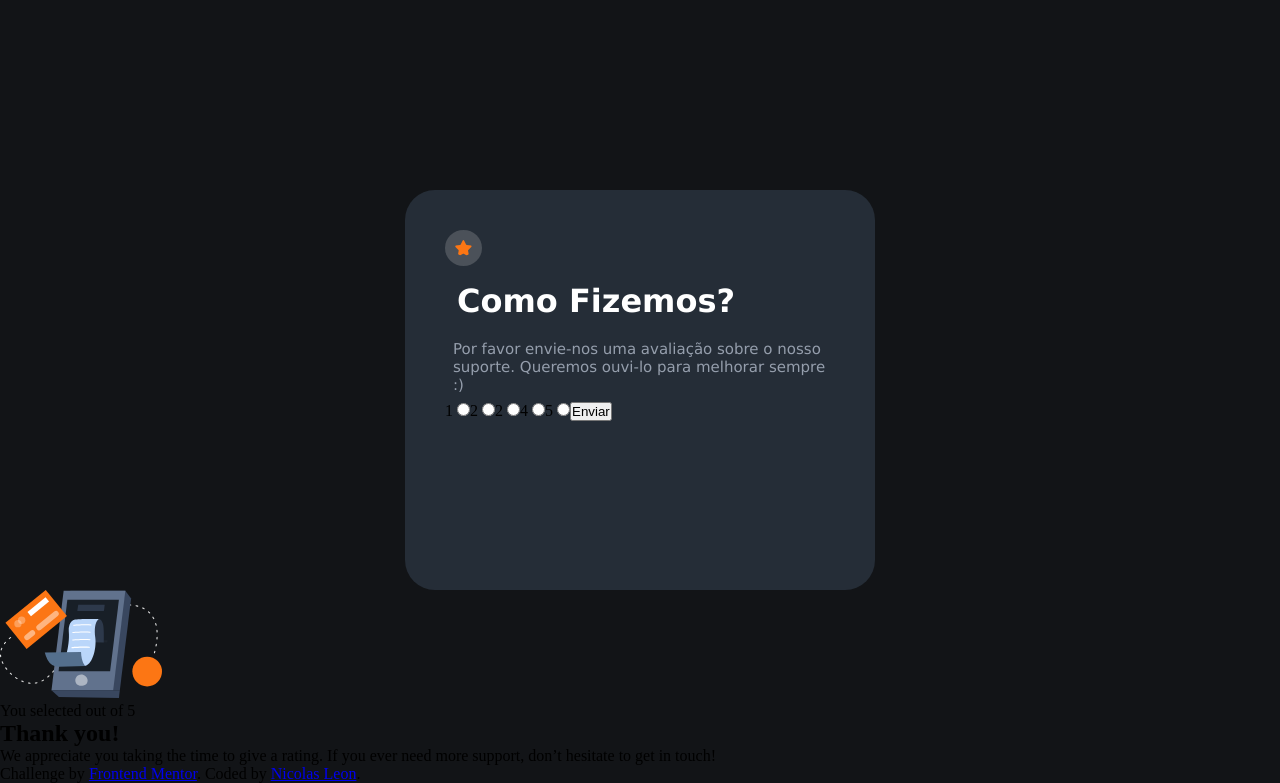
Repository: Leonngc/projeto-avaliacao
Page: index.html
The author's editor kept a copy of each file at every save. The page is drawn from the files as they stood at one save, then again after a run of saves.
The browser window is 1280 px wide. The pictures show the whole page.

Above is the page before, as saved 2023-01-29 20:10:12.
Console error: SyntaxError: Unexpected token ')'

After the next 2 saves:
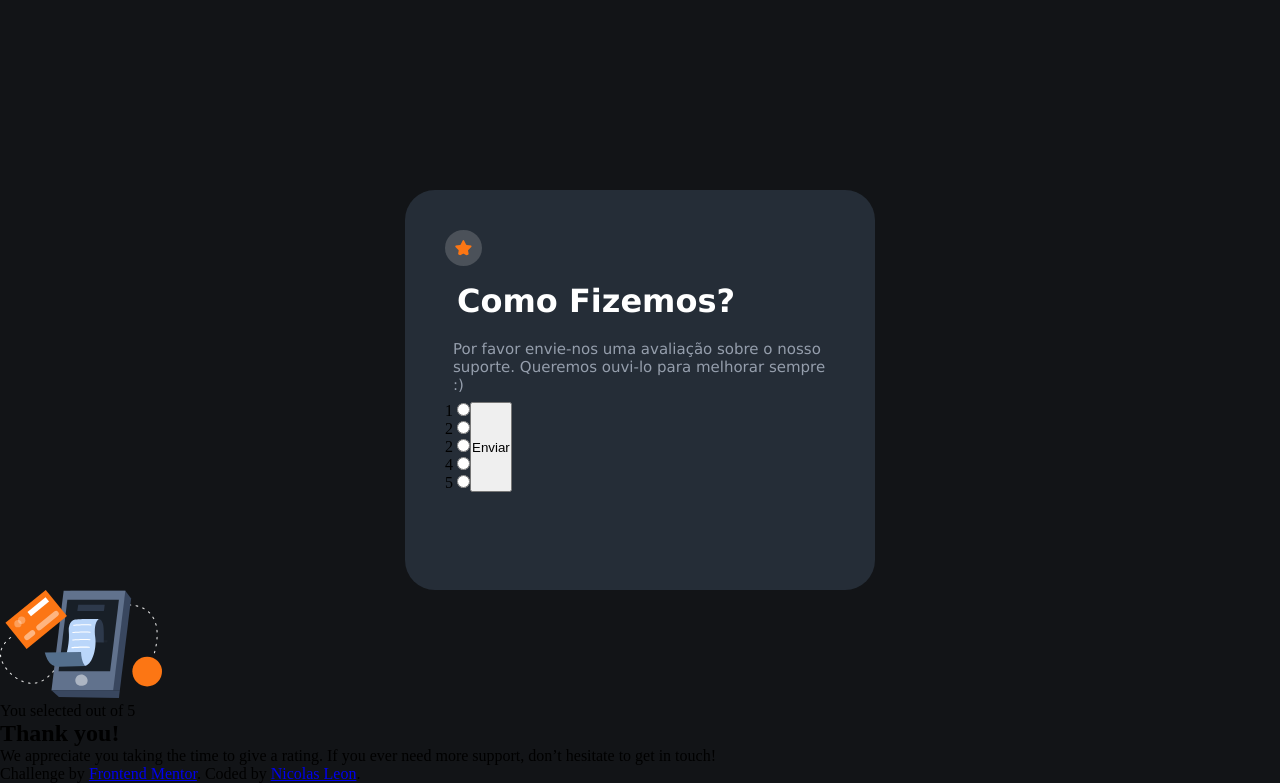
The 2 saves are shown as one change because they came seconds apart.
The last was saved 25 s later.
--- a/index.html
+++ b/index.html
@@ -25,19 +25,21 @@
     </div>
     <form id="ratting">
       <div>
-        <label for="ratting-one">1</label> <input type="radio" class="ratting-btn" id="ratting-one" name="ratting">
-      </div>
-      <div>
-        <label for="ratting-two">2</label> <input type="radio" class="ratting-btn" id="ratting-two" name="ratting">
-      </div>
-      <div>
-        <label for="ratting-three">2</label> <input type="radio" class="ratting-btn" id="ratting-three" name="ratting">
-      </div>
-      <div>
-        <label for="ratting-four">4</label> <input type="radio" class="ratting-btn" id="ratting-four" name="ratting">
-      </div>
-      <div>
-        <label for="ratting-five">5</label> <input type="radio" class="ratting-btn" id="ratting-five" name="ratting">
+        <div>
+          <label for="ratting-one">1</label> <input type="radio" class="ratting-btn" id="ratting-one" name="ratting">
+        </div>
+        <div>
+          <label for="ratting-two">2</label> <input type="radio" class="ratting-btn" id="ratting-two" name="ratting">
+        </div>
+        <div>
+          <label for="ratting-three">2</label> <input type="radio" class="ratting-btn" id="ratting-three" name="ratting">
+        </div>
+        <div>
+          <label for="ratting-four">4</label> <input type="radio" class="ratting-btn" id="ratting-four" name="ratting">
+        </div>
+        <div>
+          <label for="ratting-five">5</label> <input type="radio" class="ratting-btn" id="ratting-five" name="ratting">
+        </div>
       </div>
 
       <button type="submit" id="sent">Enviar</button>

After the 3 saves that followed:
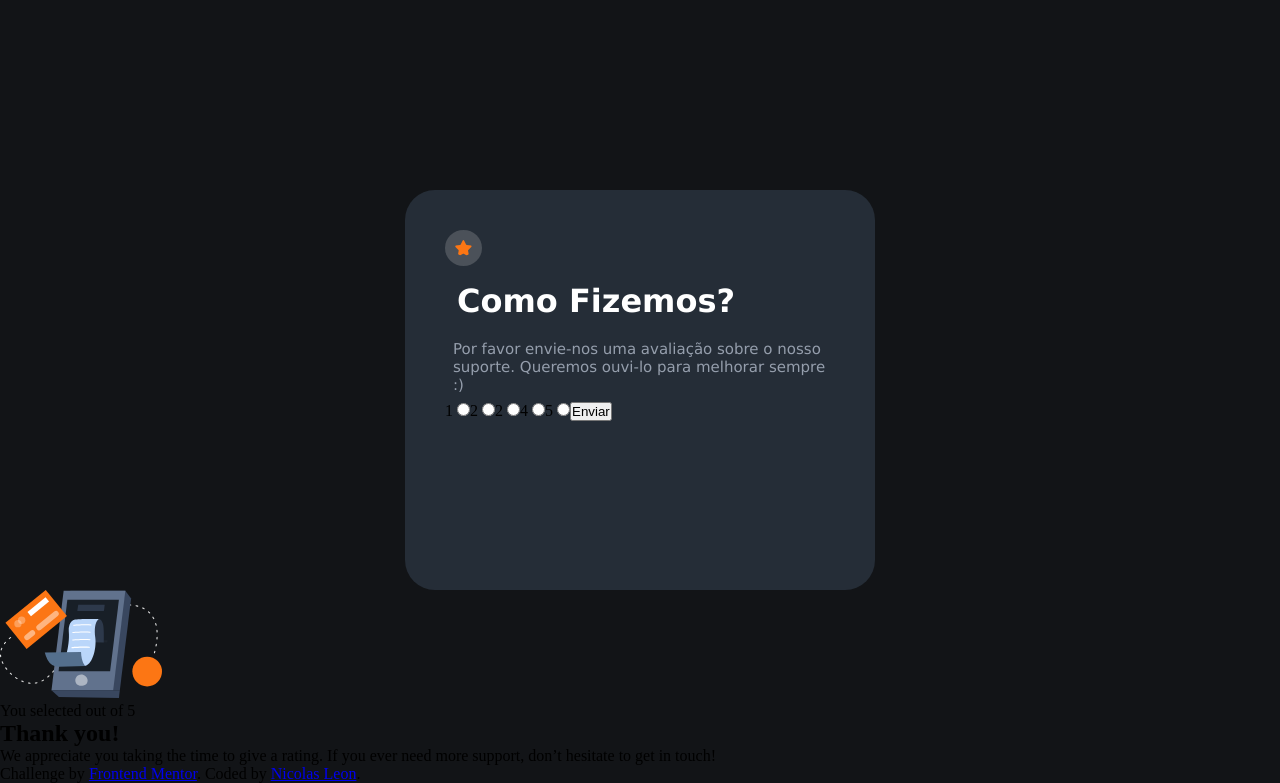
The 3 saves are shown as one change because 1 left the picture as it was and some came seconds apart.
The last was saved 79 s later.
--- a/index.html
+++ b/index.html
@@ -25,24 +25,22 @@
     </div>
     <form id="ratting">
       <div>
-        <div>
-          <label for="ratting-one">1</label> <input type="radio" class="ratting-btn" id="ratting-one" name="ratting">
-        </div>
-        <div>
-          <label for="ratting-two">2</label> <input type="radio" class="ratting-btn" id="ratting-two" name="ratting">
-        </div>
-        <div>
-          <label for="ratting-three">2</label> <input type="radio" class="ratting-btn" id="ratting-three" name="ratting">
-        </div>
-        <div>
-          <label for="ratting-four">4</label> <input type="radio" class="ratting-btn" id="ratting-four" name="ratting">
-        </div>
-        <div>
-          <label for="ratting-five">5</label> <input type="radio" class="ratting-btn" id="ratting-five" name="ratting">
-        </div>
+        <label for="ratting-one">1</label> <input type="radio" class="ratting-btn" id="ratting-one" name="ratting">
+      </div>
+      <div>
+        <label for="ratting-two">2</label> <input type="radio" class="ratting-btn" id="ratting-two" name="ratting">
+      </div>
+      <div>
+        <label for="ratting-three">2</label> <input type="radio" class="ratting-btn" id="ratting-three" name="ratting">
+      </div>
+      <div>
+        <label for="ratting-four">4</label> <input type="radio" class="ratting-btn" id="ratting-four" name="ratting">
+      </div>
+      <div>
+        <label for="ratting-five">5</label> <input type="radio" class="ratting-btn" id="ratting-five" name="ratting">
       </div>
 
-      <button type="submit" id="sent">Enviar</button>
+      <input type="submit" value="Enviar" onclick="sent()" id="">
   </div>
   </form>
 
--- a/styles/style.css
+++ b/styles/style.css
@@ -44,10 +44,6 @@ body{
   color: var(--light-grey);
 }
 
-#ratting{
+form{
   display: flex;
 }
-
-#sent{
-  display: inline-block;
-}
